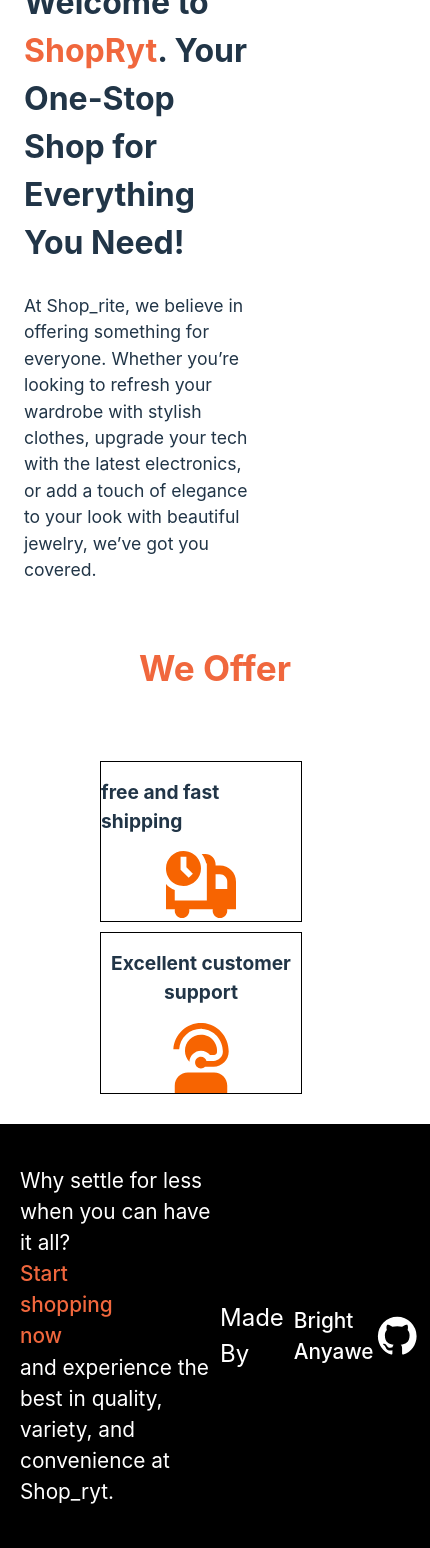
Repository: Bright-Anyawe/Shopping_cart
Page: /
The author's editor kept a copy of each file at every save. The page is drawn from the files as they stood at one save, then again after the next save.
The browser window is 375 px wide. The page is 430 px wide, so the pictures cover 430 px, including what lies to the right of the window. The pictures show the part of the page from y = 762 to 2330 px (the page is 2310 px tall before and 2330 px after).
The page's requests for data from a server got no answer. The project was rebuilt for these pictures with package versions that can differ from the ones it lists, and the page was loaded fresh each time. No one was signed in, and anything a server would have sent is missing. Also part of the build but not shown: vite.config.js, src/Components/Layout/Shop.jsx, src/Components/Categories/MenClothing.jsx, src/Components/Categories/WomenClothing.jsx, src/Components/Categories/Electronics.jsx, src/Components/Categories/Jewelry.jsx, src/Components/Features/Delete.jsx, src/Components/Layout/Quantity Summery.jsx.

Above is the page before, as saved 2024-10-28 14:55:44.

### index.html
<!doctype html>
<html lang="en">
    <head>
        <meta charset="UTF-8">
        <link rel="icon" type="image/svg+xml" href="/vite.svg">
        <link rel="preconnect" href="https://fonts.googleapis.com">
        <link rel="preconnect" href="https://fonts.gstatic.com" crossorigin>
        <link href="https://fonts.googleapis.com/css2?family=Roboto:ital,wght@0,100;0,300;0,400;0,500;0,700;0,900;1,100;1,300;1,400;1,500;1,700;1,900&display=swap" rel="stylesheet">
        <meta name="viewport" content="width=device-width, initial-scale=1.0">
        <title>Vite + React</title>
    </head>
    <body>
        <div id="root"></div>
        <script type="module" src="/src/main.jsx"></script>
    </body>
</html>

### src/main.jsx
import { StrictMode } from "react";
import { createRoot } from "react-dom/client";
import { createBrowserRouter, RouterProvider } from "react-router-dom";
import routes from "./Components/Layout/Routes";
const router = createBrowserRouter(routes);
import "./Components/Styles/index.css"
import "./Components/Styles/App.css"
import './Components/Styles/layout.css'



createRoot(document.getElementById("root")).render(
  <StrictMode>
    <RouterProvider router={router} />
  </StrictMode>
);

### src/Components/Layout/Routes.jsx
import App from "./App";
import HomePage from "./Homepage.jsx";
import Shop from "./Shop.jsx";
// import About from "../Pages/About";
// import Help from "../Pages/Help";
// import Contact from "../Pages/Contact";
// import Faq from "../Pages/Faq";

import MenClothing from "../Categories/MenClothing"; // import { element } from "prop-types";
import WomenClothing from "../Categories/WomenClothing";
import Electronics from "../Categories/Electronics";
import Jewelry from "../Categories/Jewelry";
import QuantitySummery from "./Quantity Summery.jsx";

const routes = [
  {
    path: "/",
    element: <App />,
    // ErrorElement: <ErrorPage />,
    children: [
      { element: <HomePage />, index: true },
      { path: "shop", element: <Shop /> },
      { path: "menClothing", element: <MenClothing /> },
      { path: "womenClothing", element: <WomenClothing /> },
      { path: "electronics", element: <Electronics /> },
      { path: "jewelry", element: <Jewelry /> },
      { path: "quantitySummery", element: <QuantitySummery /> },
    ],
  },
];

export default routes;

### src/Components/Styles/App.css
.shopProductContainer {
  display: flex;
  flex-wrap: wrap;
  align-items: center;
  justify-content: start;
  gap: 20px;
}

.shoppingMallPicture {
  background-image: url("src/assets/Person_running_with_products.jpg");
  height: 500px;
  background-size: 100% 100%;
  /* background-position: ; */
  background-position: center;

  object-fit: contain;
  object-position: 50% 50%;
  border-radius: 9px;
}

.container {
  display: flex;
  justify-content: center;
  align-items: center;
  box-shadow: 0px 0px 2px 2px black;
  width: 370px;
  padding: 20px;
  gap: 20px;
  height: 250px;
}

.container h4 {
  /* display: flex; */
  max-width: 200px;
  align-items: center;
  justify-content: center;
  font-size: 1rem;
}

.additionalInfoContainer {
  display: flex;
  flex-direction: column;
  gap: 7px;
}

.cartNumber {
  display: flex;
  align-items: center;
  justify-content: center;
  background-color: red;
  color: white;
  border-radius: 50%;
  border: 1px solid black;
  width: 20px;
  text-overflow: ellipsis;
  height: 25px;
  text-overflow: clip;
  white-space: nowrap;
  overflow: hidden;
}

.itemsTitle {
  overflow: hidden;
  text-overflow: ellipsis;
  white-space: nowrap;
  /* width: 250px; */
}

.checkout {
  background: yellow;
  border-radius: 9px;
  padding: 7px;
}

.checkout:hover {
  color: red;
}

img {
  max-width: 120px;
  max-height: 200px;
  object-fit: cover;

  object-fit: contain;
  object-position: 50% 50%;
  border-radius: 9px;
}

.container li:hover {
  transform: scale(1.1);
  transition: 0.3s ease-in-out;
}

.welcomePageContainer {
  display: flex;
  padding: 20px;
  /* background-image: url("src/assets/person_holding_red_shirt.jpg"); */
  /* height: 500px;
  background-size: contain;
  background-position: center;
  /* background-repeat: no-repeat; */
}

.homeHeadText {
  padding: 50px;
}

.welcomePageContainer h2 {
  font-size: 3rem;
}

.welcomePageContainer p {
  font-size: 1.2rem;
  font-weight: 400;
}

.welcomePageContainer img {
  min-width: 500px;
  min-height: 500px;
  object-fit: cover;
}

.ourOfferContainer {
  display: flex;
  flex-direction: column;
  gap: 50px;
  /* align-items: center; */
  /* justify-content: center; */
}

.ourOfferSubContainer {
  display: flex;
  justify-content: space-between;
  padding-inline: 100px;
}

.offerEl {
  display: flex;
  align-items: center;
  justify-content: center;
  color: rgb(240, 103, 61);
}

.free-fastContainer {
  display: flex;
  flex-direction: column;
  justify-content: center;
  align-items: center;
  border: 1px solid black;
  width: 300px;
}

.customerServiceContainer {
  display: flex;
  flex-direction: column;
  justify-content: center;
  align-items: center;
  border: 1px solid black;
  width: 300px;
}

.ourOfferContainer img {
  width: 150px;
  height: 150px;
}

li {
  display: flex;
  flex-direction: column;
  align-items: center;
  list-style-type: none;
}

.quantityContainer {
  display: flex;
  align-items: center;
  gap: 20px;
  justify-content: start;
}

.quantityContainer button {
  display: flex;
  align-items: center;
  justify-content: center;
  border-radius: 0;
  width: 30px;
  height: 30px;
}

.quantityContainer input {
  height: 20px;
  width: 35px;
  color: white;
}

.priceOrderEl {
  /* display: flex; */
  align-items: center;
  justify-content: center;
  gap: 30px;
}

.orderBtn {
  width: 200px;
  border-radius: 0;
}

input[type="number"]:hover::-webkit-inner-spin-button {
  width: 19px;
  height: 30px;
}

.loading {
  text-align: center;
  font-size: 1.5rem;
  font-weight: 600;
}

button {
  transition: 0.2s ease;
  padding: 5px;
}

button:hover {
  transform: scale(1.05);
}

svg {
  width: 30px;
}

.titleContainer {
  display: flex;
  gap: 15px;
  align-items: center;
  justify-content: start;
}

.rateEl {
  display: flex;
}

.rateEl svg {
  width: 20px;
}

.shopCartContainer {
  display: flex;
  gap: 20px;
  justify-content: center;
  align-items: center;
}

input::-webkit-outer-spin-button,
input::-webkit-inner-spin-button {
  -webkit-appearance: none;
  margin: 0;
}

input[type="number"] {
  -moz-appearance: textfield;
}

.summerList {
  display: flex;
  flex-direction: row;
  gap: 10px;
}

.summeryListContainer {
  margin: 0 0 20px 50px;
  display: flex;
  justify-content: space-evenly;
}

.totalSummery {
  display: flex;
  flex-direction: column;
  gap: 20px;
}

.totalSummery div {
  font-size: 1.2rem;
}

.subTotal,
.shippingFee,
.total {
  display: flex;
  justify-content: space-between;
}

.summeryListSubContainer {
  display: flex;
  flex-direction: column;
  gap: 30px;
}

.summeryTextContainer {
  display: flex;
  flex-direction: column;
  gap: 20px;
}

.summeryTextContainer svg {
  width: 25px;
}

.delQtySelectedContainer {
  display: flex;
  align-items: center;
  justify-content: start;
  gap: 10px;
}

.productPrice_TitleContainer h4 {
  max-width: 250px;
}

### src/Components/Styles/layout.css
@media (max-width: 500px) {
  div.root-layout {
    display: grid;
    grid-template-columns: 100%;
    grid-template-rows: 80px;
  }

  #root header {
    grid-area: 1 / 1 / 2;
    /* display: grid; */
    grid-template-columns: 300px 780px;
    padding: 14px 10px;
    /* position: fixed; */
    /* gap: 0 43rem; */
    /* gap: 36rem; */
  }

  #root header h1 {
    grid-area: 1 / 1 / 2 / 2;
    font-size: 1.7rem;
  }

  nav.navLinks {
    display: flex;
    gap: 1rem;
    font-size: 1rem;
    align-items: center;
  }

  section.categoriesContainer {
    grid-row: 1 / 3;
    display: flex;
    flex-direction: column;
    justify-content: center;
    align-items: start;
  }

  main aside {
    display: flex;
    flex-direction: column;
    justify-content: center;
    gap: 20px;
    width: 99%;
    /* margin: 40px 0; */
  }

  nav.asideNavContainer {
    max-width: 460px;
  }

  ul.itemsContainer {
    display: flex;
    flex-wrap: wrap;
    flex-direction: row;
    justify-content: space-evenly;
    align-items: center;
    margin: 0 0 0 10px;
    font-size: 1rem;
    padding: 0;
    gap: 10px;
    max-width: 460px;
  }

  ul.itemsContainer li a {
    width: 100%;
    display: flex;
    flex-wrap: wrap;
  }

  #root header nav {
    grid-area: 1 / 2 / 2 / 3;
  }

  h1.headText svg {
    width: 25px;
  }

  div.root-layout main {
    grid-area: 2 / 1/ 9 / 4;
    display: grid;
    grid-template-columns: auto;
    grid-template-rows: 150px;
    gap: 20px;
  }

  div.homeHeadText {
    padding: 4px;
    /* width: 50%; */
  }

  div.welcomePageContainer {
    display: flex;
    padding: 20px;
    flex-direction: column;
    /* background-image: url(src/assets/person_holding_red_shirt.jpg); */
  }

  div.welcomePageContainer h2 {
    font-size: 2rem;
  }

  div.welcomePageContainer p {
    font-size: 1.1rem;
  }

  div.shoppingMallPicture {
    background-image: url(src/assets/Person_running_with_products.jpg);
    height: 400px;
    background-size: 100% 100%;
    background-position: center;
    object-fit: contain;
    object-position: 50% 50%;
    border-radius: 9px;
    margin: 10px;
  }

  div.homePageContainer {
    max-width: 430px;
  }

  div.homePageImageContainer {
    width: 100%;
    height: auto;
    background-image: url("src/assets/Items_In_cart.jpg");

    background-size: 100% 100%;
    /* background-position: ; */
    background-position: center;

    object-fit: contain;
    object-position: 50% 50%;
    border-radius: 9px;
  }

  div.ourOfferContainer {
    display: flex;
    flex-direction: column;
    gap: 50px;
    /* align-items: center; */
    /* justify-content: center; */
  }

  div.ourOfferSubContainer {
    display: flex;
    flex-direction: column;
    justify-content: space-between;
    padding-inline: 100px;
    gap: 10px;
    margin: 0 0 30px 0;
  }

  h1.offerEl {
    display: flex;
    align-items: center;
    justify-content: center;
    font-size: 2.2rem;
    color: rgb(240, 103, 61);
  }

  .ourOfferContainer img {
    width: 70px;
    height: auto;
  }

  div.free-fastContainer {
    display: flex;
    flex-direction: column;
    justify-content: center;
    align-items: center;
    border: 1px solid black;
    width: 200px;
  }

  div.free-fastContainer h2 {
    font-size: 1.2rem;
  }

  div.customerServiceContainer {
    display: flex;
    flex-direction: column;
    justify-content: center;
    align-items: center;
    border: 1px solid black;
    width: 200px;
  }

  div.customerServiceContainer h2 {
    font-size: 1.2rem;
    text-align: center;
  }

  main footer p {
    font-size: 1.5rem;
  }

  div.container {
    display: flex;
    justify-content: center;
    align-items: center;
    box-shadow: 0px 0px 2px 2px black;
    width: 371px;
    padding: 10px;
    gap: 20px;
    height: 250px;
  }

  li img {
    max-width: 150px;
    max-height: 200px;
    object-fit: cover;

    object-fit: contain;
    object-position: 50% 50%;
    border-radius: 9px;
  }

  div.container h4 {
    /* display: flex; */
    max-width: 200px;
    align-items: center;
    justify-content: center;
    font-size: 1rem;
  }
}

@media (max-width: 1120px) and (min-width: 800px) {
  div.root-layout {
    display: grid;
    grid-template-columns: 100%;
    grid-template-rows: 80px;
  }

  #root header {
    grid-area: 1 / 1 / 2;
    /* display: grid; */
    grid-template-columns: 300px 780px;
    /* position: fixed; */
    /* gap: 0 43rem; */
    /* gap: 36rem; */
  }

  #root header h1 {
    grid-area: 1 / 1 / 2 / 2;
  }

  #root header nav {
    grid-area: 1 / 2 / 2 / 3;
  }

  main {
    grid-area: 2 / 1/ 9 / 4;
  }

  div.homeHeadText {
    padding: 4px;
    width: 50%;
  }

  div.welcomePageContainer h2 {
    font-size: 2rem;
  }

  div.welcomePageContainer p {
    font-size: 1.1rem;
  }

  /* div.welcomePageContainer img {
    width: 100%;
    height: auto;
    min-width: 100px;
    min-height: 0;
    object-fit: cover;
  } */

  div.homePageImageContainer {
    width: 100%;
    height: auto;
    background-image: url("src/assets/Items_In_cart.jpg");

    background-size: 100% 100%;
    /* background-position: ; */
    background-position: center;

    object-fit: contain;
    object-position: 50% 50%;
    border-radius: 9px;
  }

  div.ourOfferContainer {
    display: flex;
    flex-direction: column;
    gap: 50px;
    /* align-items: center; */
    /* justify-content: center; */
  }

  div.ourOfferSubContainer {
    display: flex;
    justify-content: space-between;
    padding-inline: 100px;
    margin: 0 0 30px 0;
  }

  h1.offerEl {
    display: flex;
    align-items: center;
    justify-content: center;
    font-size: 2.2rem;
    color: rgb(240, 103, 61);
  }

  .ourOfferContainer img {
    width: 70px;
    height: auto;
  }

  div.free-fastContainer {
    display: flex;
    flex-direction: column;
    justify-content: center;
    align-items: center;
    border: 1px solid black;
    width: 200px;
  }

  div.free-fastContainer h2 {
    font-size: 1.2rem;
  }

  div.customerServiceContainer {
    display: flex;
    flex-direction: column;
    justify-content: center;
    align-items: center;
    border: 1px solid black;
    width: 200px;
  }

  div.customerServiceContainer h2 {
    font-size: 1.2rem;
    text-align: center;
  }

  main footer p {
    font-size: 1.5rem;
  }

  div.container {
    display: flex;
    justify-content: center;
    align-items: center;
    box-shadow: 0px 0px 2px 2px black;
    width: 371px;
    padding: 10px;
    gap: 20px;
    height: 250px;
  }

  li img {
    max-width: 150px;
    max-height: 200px;
    object-fit: cover;

    object-fit: contain;
    object-position: 50% 50%;
    border-radius: 9px;
  }

  div.container h4 {
    /* display: flex; */
    max-width: 200px;
    align-items: center;
    justify-content: center;
    font-size: 1rem;
  }
}

.shopText {
  color: rgb(240, 103, 61);
}

.shopLink {
  color: rgb(240, 103, 61);
}

.root-layout {
  /* display: grid; */
  grid-template-columns: 100%;
  grid-template-rows: 60px;
}

header {
  grid-area: 1 / 1 / 2;
  /* display: grid; */
  display: flex;
  justify-content: space-between;
  align-items: center;
  padding: 14px 35px;

  /* gap: 0 43rem; */
  /* gap: 36rem; */
}

header h1 {
  grid-area: 1 / 1 / 2 / 2;
}

header nav {
  grid-area: 1 / 2 / 2 / 3;
}

main {
  grid-area: 2 / 1/ 9 / 4;
  display: grid;
  grid-template-columns: auto;
  grid-template-rows: 80px;
  gap: 20px;
}

.categoriesContainer {
  grid-row: 1 / 2;
  display: flex;
  flex-direction: column;
  justify-content: center;
  align-items: center;
}

.shopProductContainer {
  grid-row: 2 / 9;
}

aside {
  display: flex;
  flex-direction: column;
  justify-content: center;
  gap: 20px;
  width: 82%;
}

aside h2 {
  display: flex;
  justify-content: center;
  font-size: 1.8rem;
}

.ourOfferSubContainer {
  display: flex;
  justify-content: space-between;
  padding-inline: 100px;
  margin: 0 0 30px 0;
}

.itemsContainer {
  display: flex;
  flex-direction: row;
  justify-content: space-evenly;
  align-items: center;
  margin: 0 0 0 40px;
  font-size: 1.3rem;
  padding: 0;
  gap: 20px;
}

.itemsContainer li a {
  width: 150px;
}

.itemNotSelected {
  text-align: center;
  font-size: 1.5rem;
}

.menProductContainer,
.womenProductContainer,
.electronicsProductContainer,
.jewelryContainer {
  display: flex;
  flex-wrap: wrap;
  gap: 20px;
}

.homeHeadText {
  padding: 4px;
  width: 60%;
}

.homePageImageContainer {
  width: 100%;
  height: auto;
  background-image: url("src/assets/Items_In_cart.jpg");
  background-size: 100% 100%;
  /* background-position: ; */
  background-position: center;

  object-fit: contain;
  object-position: 50% 50%;
  border-radius: 9px;
}

.creator {
  display: flex;
  align-items: center;
  gap: 10px;
}

footer {
  background-color: black;
  display: flex;
  align-items: center;
  justify-content: space-between;
  padding: 20px;
}

footer a {
  color: white;
}

footer a:hover {
  color: white;
}

footer :first-child {
  font-size: 1.3rem;
  max-width: 70%;
}

footer :last-child {
  display: flex;
  width: 200px;
}

footer svg {
  fill: white;
}

footer p {
  color: white;
}

### src/Components/Layout/App.jsx
import { createContext } from "react";
import { Header } from "./Header";
import { useState } from "react";
import { Outlet } from "react-router-dom";
import { SideBar } from "./SideBar";

export const QuantityContext = createContext(null);
export const QtySummeryContext = createContext([]);

export default function App() {
  const [quantityCount, setQuantityCount] = useState(0);
  const [quantity, setQuantity] = useState({});
  const [qtySummery, setSummery] = useState([]);
  const [qtySummeryObject, setQuantitySummeryObject] = useState({
    productUrl: "",
    productTitle: '',
    productPrice: "",
    QtySelected: "",
    qtySubTotal: "",
  });

  return (
    <>
      <div className="root-layout">
        <QuantityContext.Provider
          value={{ quantityCount, setQuantityCount, quantity, setQuantity }}
        >
          <QtySummeryContext.Provider
            value={{
              qtySummery,
              setSummery,
              qtySummeryObject,
              setQuantitySummeryObject,
            }}
          >
            <Header />
            <main>
              <SideBar />

              <Outlet />
            </main>
          </QtySummeryContext.Provider>
        </QuantityContext.Provider>
      </div>
    </>
  );
}

### src/Components/Layout/Homepage.jsx
// import { Link, NavLink } from "react-router-dom";

import { NavLink } from "react-router-dom";

const HomePage = () => {
  return (
    <>
      <div className="homePageContainer">
        <div className="shoppingMallPicture"></div>

        <div className="welcomePageContainer">
          <div className="homeHeadText">
            <h2>
              Welcome to <span className="shopText">ShopRyt</span>. Your
              One-Stop Shop for Everything You Need!
            </h2>

            <p>
              At Shop_rite, we believe in offering something for everyone.
              Whether you’re looking to refresh your wardrobe with stylish
              clothes, upgrade your tech with the latest electronics, or add a
              touch of elegance to your look with beautiful jewelry, we’ve got
              you covered.
            </p>
          </div>

          <div className="homePageImageContainer">
            {/* <img
              src="src/assets/excited-african-woman-holding-shopping-bags-mobile-phone_.avif"
              alt=""
            /> */}
          </div>
        </div>

        <div className="ourOfferContainer">
          <h1 className="offerEl">We Offer</h1>

          <div className="ourOfferSubContainer">
            <div className="free-fastContainer">
              <h2>free and fast shipping</h2>
              <img
                src="data:[embedded picture, 928 characters]"
                alt=""
              />
            </div>

            <div className="customerServiceContainer">
              <h2>Excellent customer support</h2>
              <img
                src="data:[embedded picture, 948 characters]"
                alt=""
              />
            </div>
          </div>
        </div>

        <footer>
          <p>
            {" "}
            Why settle for less when you can have it all?{" "}
            <NavLink to="shop" className="shopLink">
              Start shopping now
            </NavLink>{" "}
            and experience the best in quality, variety, and convenience at
            Shop_ryt.
          </p>

          <p className="creator">
            Made By{" "}
            <NavLink>
              Bright Anyawe{" "}
              <svg xmlns="http://www.w3.org/2000/svg" viewBox="0 0 24 24">
                <title>github</title>
                <path d="M12,2A10,10 0 0,0 2,12C2,16.42 4.87,20.17 8.84,21.5C9.34,21.58 9.5,21.27 9.5,21C9.5,20.77 9.5,20.14 9.5,19.31C6.73,19.91 6.14,17.97 6.14,17.97C5.68,16.81 5.03,16.5 5.03,16.5C4.12,15.88 5.1,15.9 5.1,15.9C6.1,15.97 6.63,16.93 6.63,16.93C7.5,18.45 8.97,18 9.54,17.76C9.63,17.11 9.89,16.67 10.17,16.42C7.95,16.17 5.62,15.31 5.62,11.5C5.62,10.39 6,9.5 6.65,8.79C6.55,8.54 6.2,7.5 6.75,6.15C6.75,6.15 7.59,5.88 9.5,7.17C10.29,6.95 11.15,6.84 12,6.84C12.85,6.84 13.71,6.95 14.5,7.17C16.41,5.88 17.25,6.15 17.25,6.15C17.8,7.5 17.45,8.54 17.35,8.79C18,9.5 18.38,10.39 18.38,11.5C18.38,15.32 16.04,16.16 13.81,16.41C14.17,16.72 14.5,17.33 14.5,18.26C14.5,19.6 14.5,20.68 14.5,21C14.5,21.27 14.66,21.59 15.17,21.5C19.14,20.16 22,16.42 22,12A10,10 0 0,0 12,2Z" />
              </svg>
            </NavLink>
          </p>
        </footer>
      </div>
    </>
  );
};
export default HomePage;

### src/Components/Layout/Header.jsx
import { NavLink } from "react-router-dom";

import { useContext } from "react";
// import QuantityContext from "./Components/Layout/App.jsx";
import { QuantityContext } from "./App";

export function Header() {

  const { quantityCount } = useContext(QuantityContext);

  let prevScrollPos = window.scrollY;
  window.onscroll = function () {
    let currentScrollPos = window.scrollY;


    if (prevScrollPos > currentScrollPos) {
      document.querySelector(".headerContainer").style.top = "25px";
    } else {
      document.querySelector(".headerContainer").style.top = "-80px";
    }
    prevScrollPos = currentScrollPos;
  };

  return (
    <>
      <header className="headerContainer">
        <h1 className="headText">
          <span className="shopText">ShopRyt</span>
          <svg xmlns="http://www.w3.org/2000/svg" viewBox="0 0 24 24">
            <title>cart-outline</title>
            <path d="M17,18A2,2 0 0,1 19,20A2,2 0 0,1 17,22C15.89,22 15,21.1 15,20C15,18.89 15.89,18 17,18M1,2H4.27L5.21,4H20A1,1 0 0,1 21,5C21,5.17 20.95,5.34 20.88,5.5L17.3,11.97C16.96,12.58 16.3,13 15.55,13H8.1L7.2,14.63L7.17,14.75A0.25,0.25 0 0,0 7.42,15H19V17H7C5.89,17 5,16.1 5,15C5,14.65 5.09,14.32 5.24,14.04L6.6,11.59L3,4H1V2M7,18A2,2 0 0,1 9,20A2,2 0 0,1 7,22C5.89,22 5,21.1 5,20C5,18.89 5.89,18 7,18M16,11L18.78,6H6.14L8.5,11H16Z" />
          </svg>
        </h1>
        <nav className="navLinks">
          <NavLink to="/">Home</NavLink>
          <div className="shopCartContainer">
            <NavLink to="shop">Shop</NavLink>
            <NavLink to="quantitySummery">
              <svg xmlns="http://www.w3.org/2000/svg" viewBox="0 0 24 24">
                <title>cart-outline</title>
                <path d="M17,18A2,2 0 0,1 19,20A2,2 0 0,1 17,22C15.89,22 15,21.1 15,20C15,18.89 15.89,18 17,18M1,2H4.27L5.21,4H20A1,1 0 0,1 21,5C21,5.17 20.95,5.34 20.88,5.5L17.3,11.97C16.96,12.58 16.3,13 15.55,13H8.1L7.2,14.63L7.17,14.75A0.25,0.25 0 0,0 7.42,15H19V17H7C5.89,17 5,16.1 5,15C5,14.65 5.09,14.32 5.24,14.04L6.6,11.59L3,4H1V2M7,18A2,2 0 0,1 9,20A2,2 0 0,1 7,22C5.89,22 5,21.1 5,20C5,18.89 5.89,18 7,18M16,11L18.78,6H6.14L8.5,11H16Z" />
              </svg>
            </NavLink>
            <span className="cartNumber">{quantityCount}</span>
          </div>
          {/* <NavLink to="help">
            <span className="checkout">checkout</span>
          </NavLink>
          <NavLink to="about">About</NavLink> */}
        </nav>
      </header>
    </>
  );
}

### src/Components/Layout/SideBar.jsx
import { NavLink } from "react-router-dom";
import { useShopProduct } from "./GetShopProduct";

export const SideBar = () => {
  const { loading } = useShopProduct();

  return (
    <>
      {loading ? null : (
        <section className="categoriesContainer">
          <aside>
            <h2 className="shopText">Categories</h2>

            <nav className="asideNavContainer">
              <ul className="itemsContainer">
                <li>
                  <NavLink to="shop">All</NavLink>
                </li>

                <li>
                  {" "}
                  <NavLink to="menClothing">Men Clothing</NavLink>
                </li>
                <li>
                  {" "}
                  <NavLink to="womenClothing">Women Clothing</NavLink>
                </li>
                <li>
                  {" "}
                  <NavLink to="electronics">Electronics</NavLink>
                </li>
                <li>
                  {" "}
                  <NavLink to="jewelry">Jewelry</NavLink>
                </li>
              </ul>{" "}
            </nav>
          </aside>
        </section>
      )}
    </>
  );
};

### src/Components/Layout/GetShopProduct.js
import { useState, useEffect } from "react";

export const useShopProduct = () => {
  const [items, setItems] = useState([]);

  const [error, setError] = useState(null);
  const [loading, setLoading] = useState(true);

  useEffect(() => {
    async function fetchData() {
      let response;

      try {
        response = await fetch(`https://fakestoreapi.com/products`, {
          mode: "cors",
        });

        const itemsJson = await response.json();
        console.log(itemsJson);

        setItems(itemsJson);
      } catch (error) {
        setError(error);
        console.log("Not found");
      } finally {
        setLoading(false);
      }
    }
    fetchData();
  }, []);

  return { items, error, loading };
};

Loaded but not shown: src/index.css (common file)

After the next save:
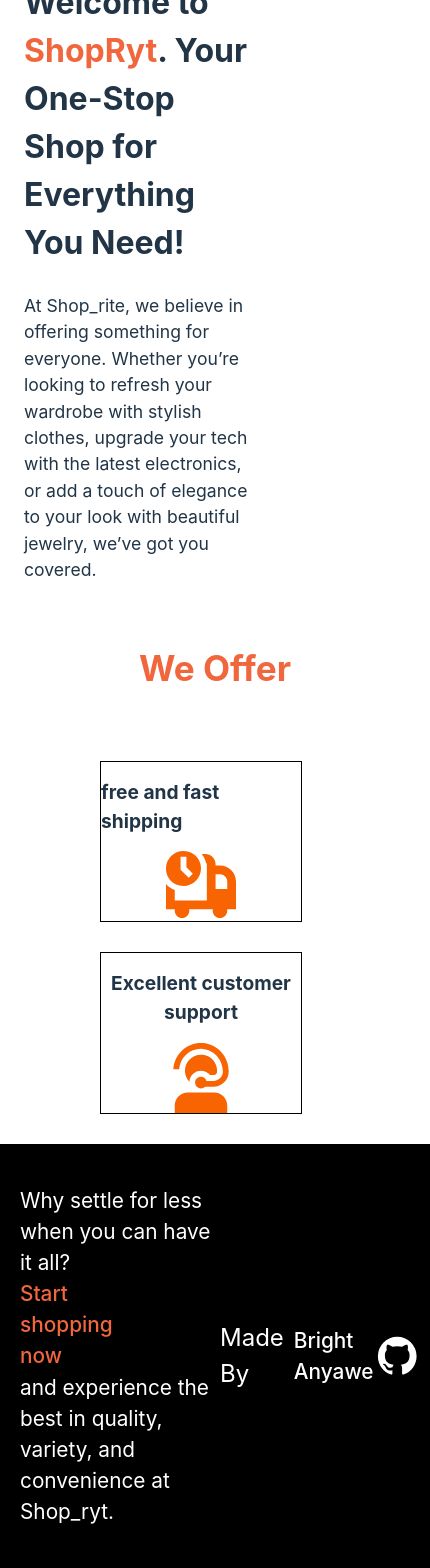
Saved 5 s later.
--- a/src/Components/Styles/layout.css
+++ b/src/Components/Styles/layout.css
@@ -145,7 +145,7 @@
     flex-direction: column;
     justify-content: space-between;
     padding-inline: 100px;
-    gap: 10px;
+    gap: 30px;
     margin: 0 0 30px 0;
   }
 
